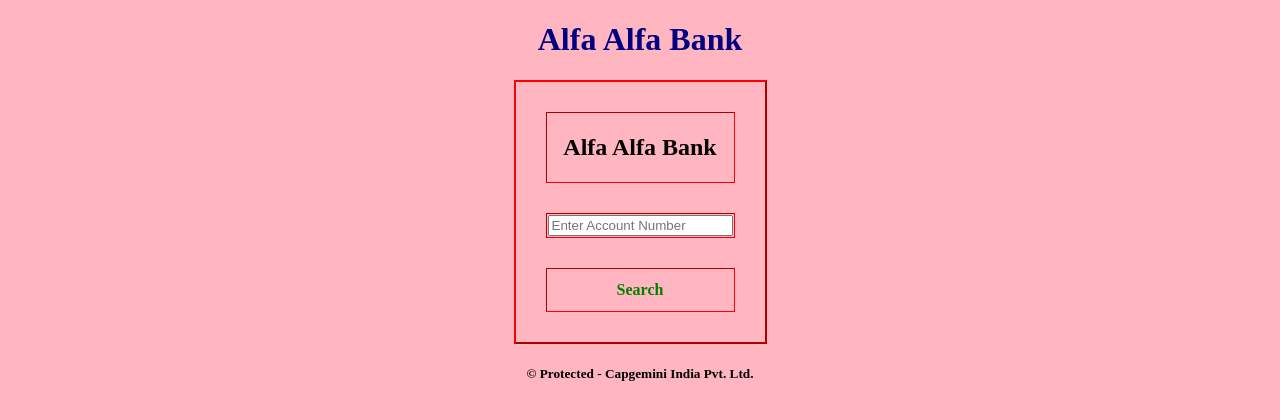
Repository: Rccalfa123/OnlineBankingApp
Page: http://localhost/AlfaAlfaBankApp/searchAccount.jsp
An editor plug-in stored every save of this project. The page is shown before and after the next save, followed by the edit.
The browser window is 1280 px wide. The pictures show the whole page.
The page is served by Tomcat 9. Other server files are loaded and not shown.

Above is the page before, as saved 2018-08-11 12:22:08.

### AlfaAlfaBankApp/WebContent/searchAccount.jsp
<%@ page language="java" contentType="text/html; charset=ISO-8859-1"
    pageEncoding="ISO-8859-1"%>
<!DOCTYPE html>
<html>
<head>

<link rel="stylesheet" type="text/css" href="mystyle.css">

<meta charset="ISO-8859-1">
<title>Search an Account</title>
</head>
<body>
	<jsp:include page="header.jsp"></jsp:include>
	<form action="viewAccount.app" method="get">

		<div>
			<table cellspacing="30" align="center" border="2">
				<tr>
					<th colspan="6" height="35"><h2>Alfa Alfa Bank</h2></th>
				</tr>

				<tr>
					<th colspan="6" > <input type="number" name="typedAccount"  placeholder="Enter Account Number"></th>
				</tr>

				<tr>
					<th colspan="6"  height="40"><a href ="viewAccount.app?accountNumber=typedAccount">Search</a></th>
				</tr>
			</table>
		</div>

	</form>
	<jsp:include page="footer.html"></jsp:include>

</body>
</html>

### AlfaAlfaBankApp/WebContent/header.jsp
<%@taglib prefix="jstl" uri="http://java.sun.com/jsp/jstl/core" %>
<div align="center">
	<h1>Alfa Alfa Bank</h1>
</div>

### AlfaAlfaBankApp/WebContent/footer.html
<div align="center">
<h5>&copy; Protected - Capgemini India Pvt. Ltd.</h5>
</div>

### AlfaAlfaBankApp/WebContent/mystyle.css
@charset "ISO-8859-1";

body {
    background-color: lightpink;
}

h1 {
    color: navy;
}

td{

 font-family: sans-serif;

}

table {
	border-color: red;
	border-right: 2px 2px 2px 2px ;
}

a{
	text-decoration: none;
	color: green;
}

After the next save:
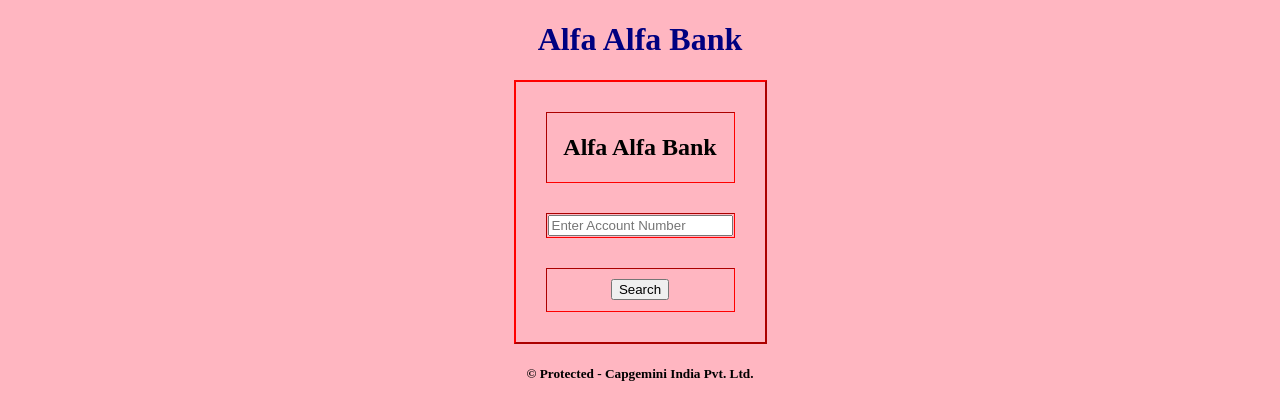
Saved 2 min 6 s later.
--- a/AlfaAlfaBankApp/WebContent/searchAccount.jsp
+++ b/AlfaAlfaBankApp/WebContent/searchAccount.jsp
@@ -24,7 +24,7 @@
 				</tr>
 
 				<tr>
-					<th colspan="6"  height="40"><a href ="viewAccount.app?accountNumber=typedAccount">Search</a></th>
+					<th colspan="6"  height="40"><input type="submit" value="Search"></th>
 				</tr>
 			</table>
 		</div>
